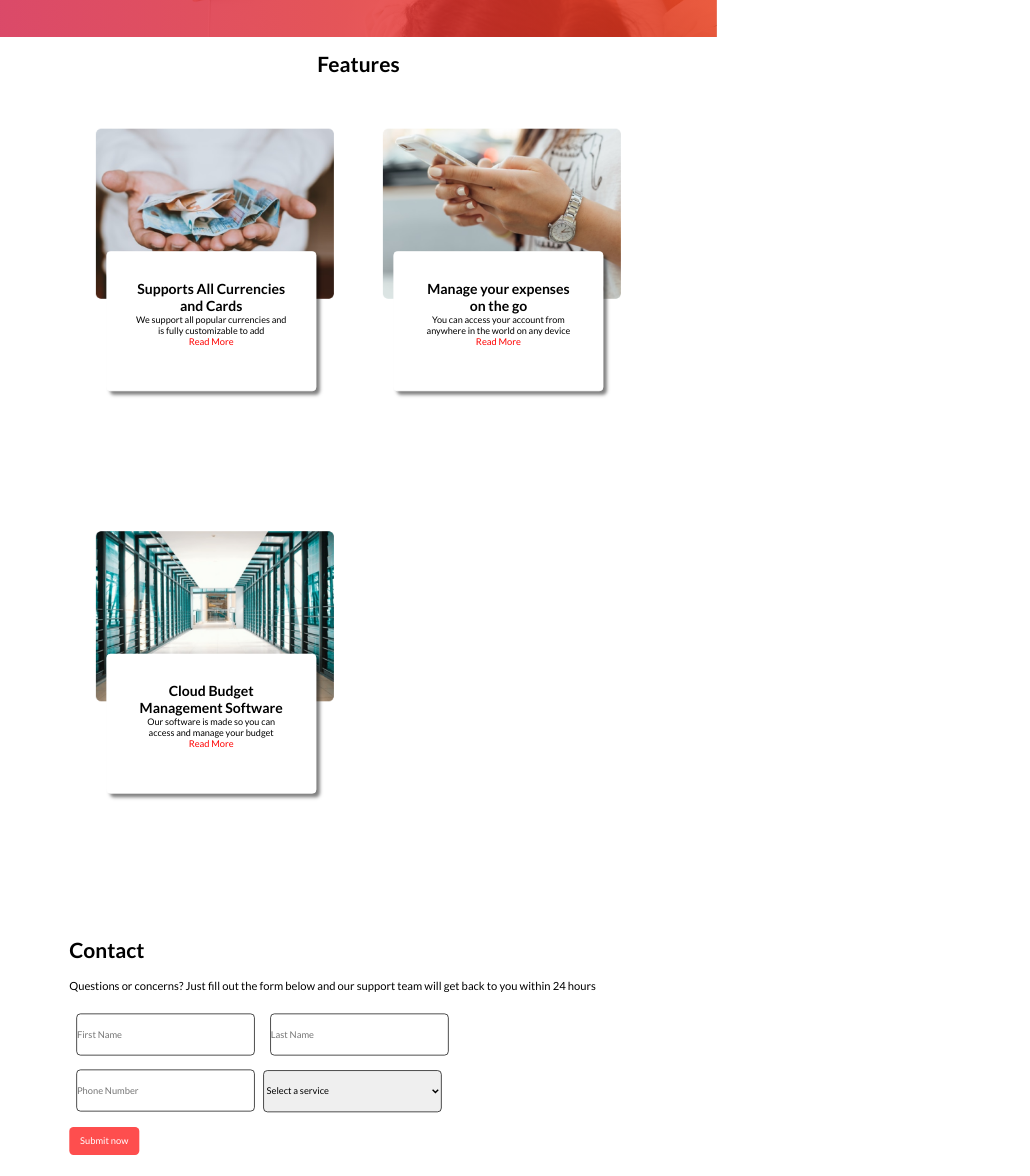
Repository: havvanurrana/website3
Page: index.html
The author's editor kept a copy of each file at every save. The page is drawn from the files as they stood at one save, then again after the next save.
The browser window is 1024 px wide. The page is 1472 px wide, so the pictures cover 1472 px, including what lies to the right of the window. The pictures show the part of the page from y = 667 to 2347 px (the page is 2347 px tall before and 2327 px after), at 70% of full size.

Above is the page before, as saved 2024-08-01 20:53:15.

After the next save:
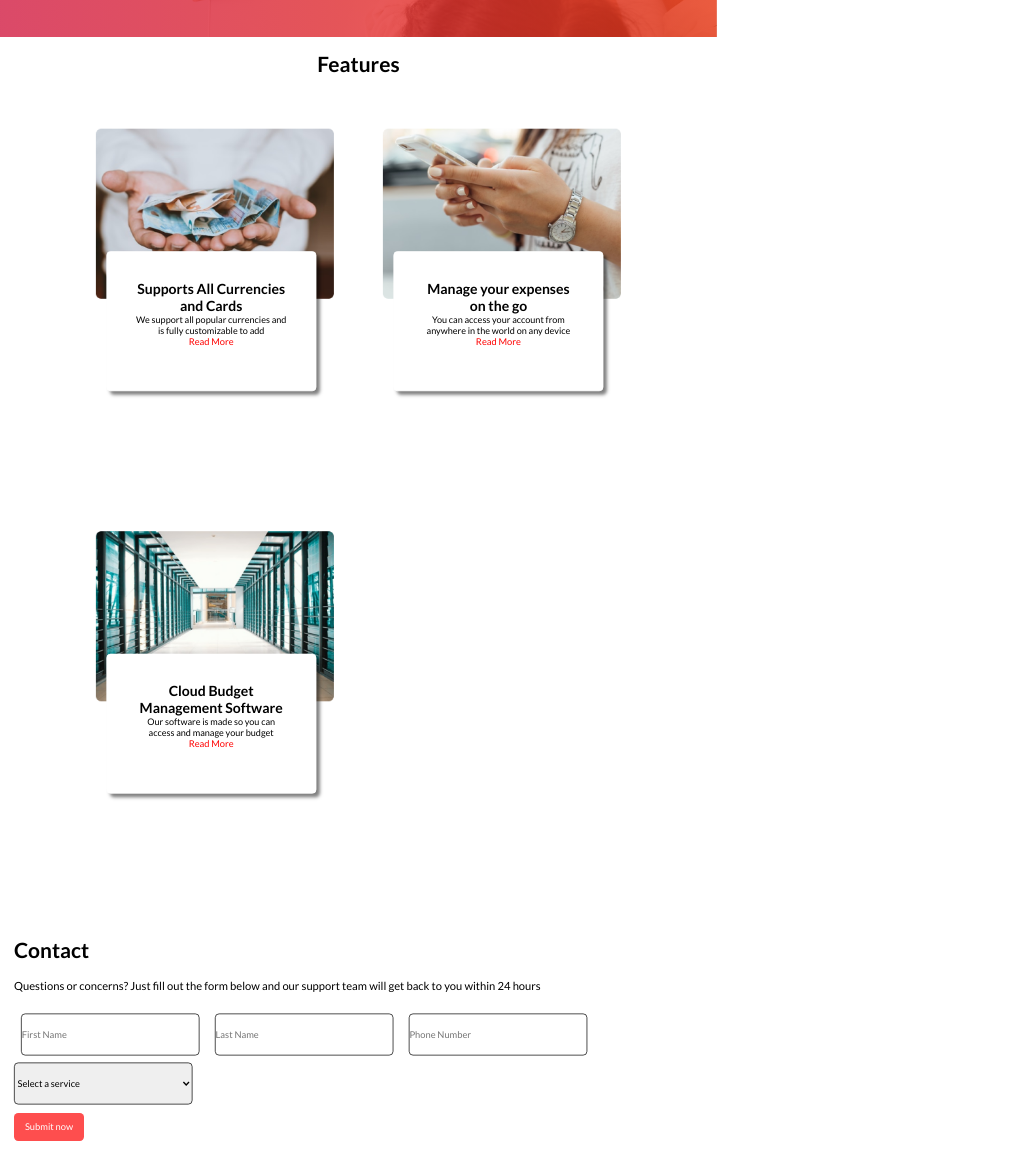
Saved 46 s later.
--- a/style.css
+++ b/style.css
@@ -223,6 +223,15 @@ input{
        left: 90%;
        position: absolute;
    }
+   .contact {
+      flex-direction: column;
+      align-items: center;
+}
+
+.contact-text, .contact div {
+      width: 100%;
+      padding: 0;
+      margin: 1rem 0;
 }
 
 .toggle-menu.active + .navbar {
@@ -242,14 +251,5 @@ input{
    color: white;
    font-size: 2rem;
 }
-/*
-.contact {
-      flex-direction: column;
-      align-items: center;
-}
-
-.contact-text, .contact div {
-      width: 100%;
-      padding: 0;
-      margin: 1rem 0;
-}*/
+
+}
